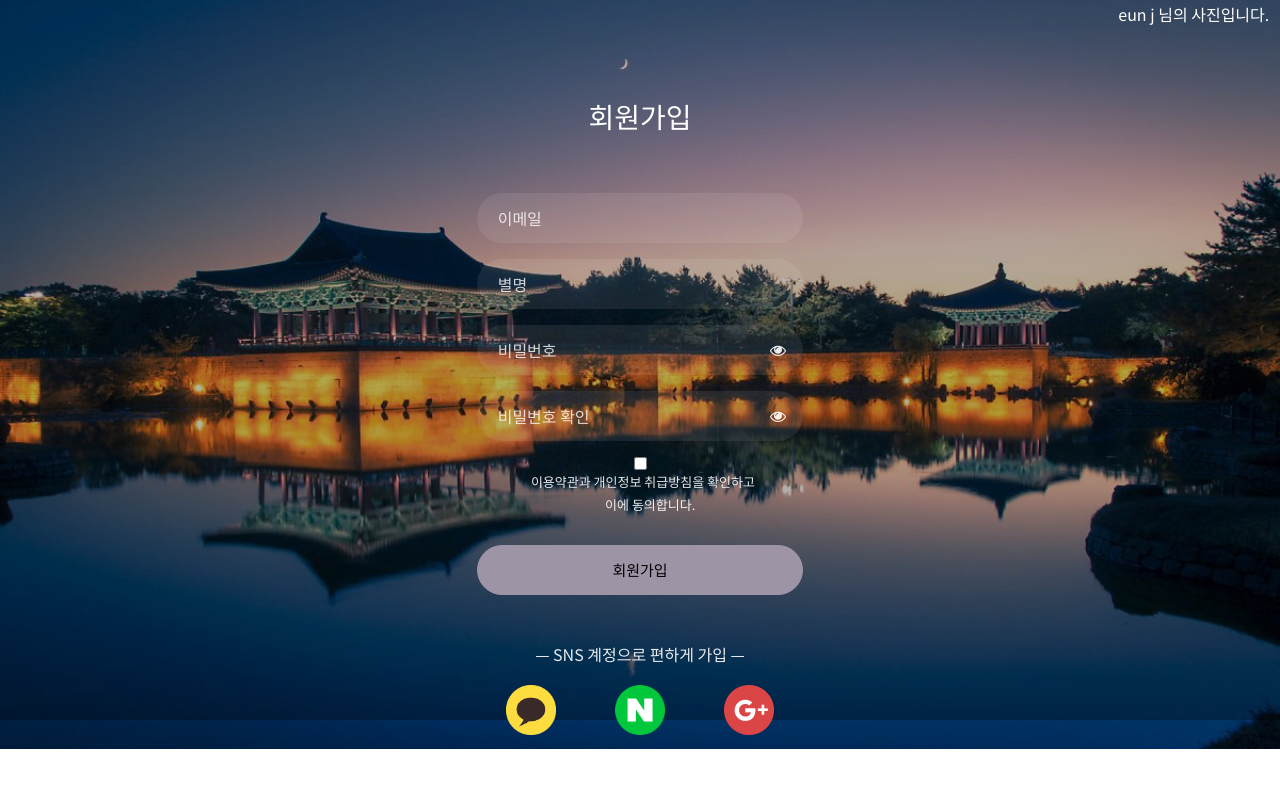
Repository: jangseohyun/LEGGO_2021
Page: http://localhost/PrjApp/Signin.jsp
An editor plug-in stored every save of this project. The page is shown before and after the next save, followed by the edit.
The browser window is 1280 px wide. The pictures show the whole page.
The page is served by Tomcat 9.

Above is the page before, as saved 2021-06-28 11:46:12.

After the next save:
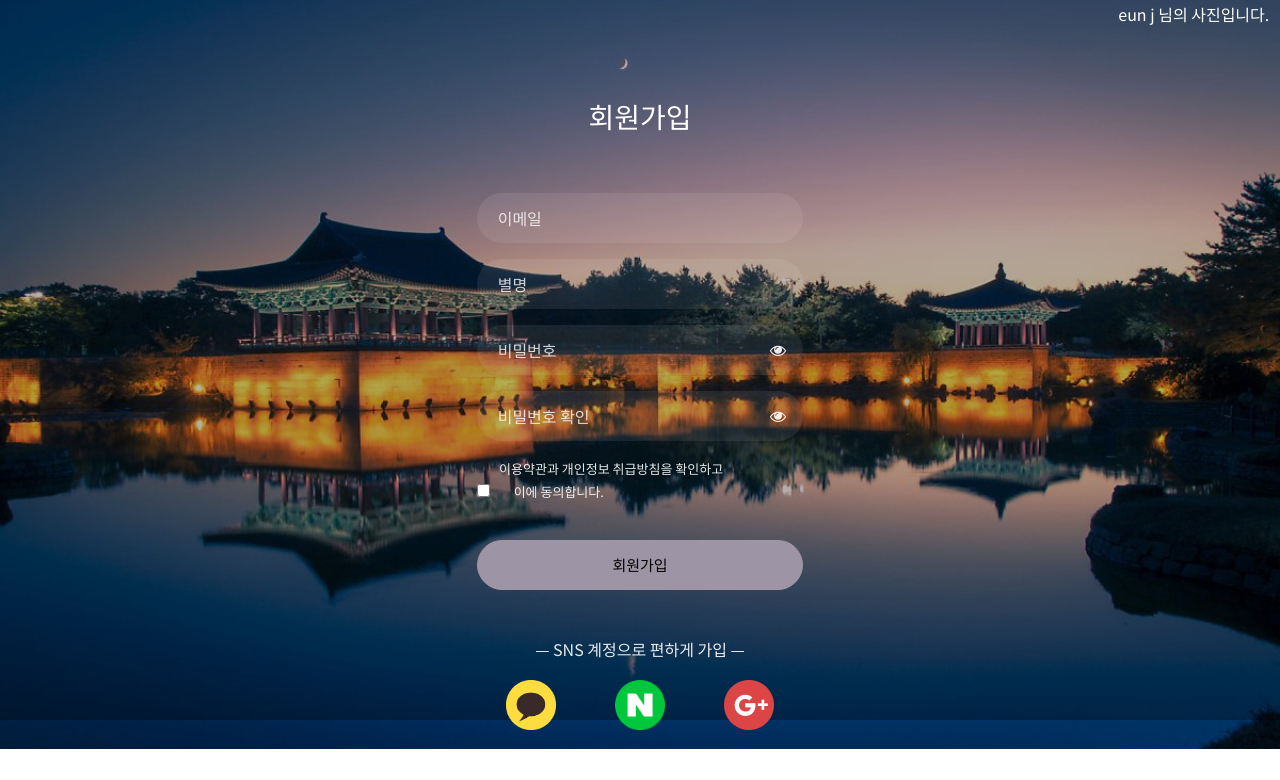
Saved 30 s later.
--- a/PrjApp/WebContent/Signin.jsp
+++ b/PrjApp/WebContent/Signin.jsp
@@ -69,8 +69,8 @@ body
 									class="fa fa-fw fa-eye field-icon toggle-password"></span>
 							</div>
 							<div>
-								 <input type="checkbox" id="agreecheck" style="width: 13px; height: 13px; text-align: center; display: block; margin: 0 auto;" value="agreed">
-								 <label for="agreecheck" style="font-size: 13px; text-align:center; display:block; margin: 0 auto; font-family: 'Noto Sans KR', sans-serif;">&nbsp;&nbsp;이용약관과 개인정보 취급방침을 확인하고<br>&nbsp;&nbsp;&nbsp;&nbsp;&nbsp;&nbsp;&nbsp;이에 동의합니다.</label>
+								 <input type="checkbox" id="agreecheck" style="width: 13px; height: 13px;" value="agreed">
+								 <label for="agreecheck" style="font-size: 13px;">&nbsp;&nbsp;이용약관과 개인정보 취급방침을 확인하고<br>&nbsp;&nbsp;&nbsp;&nbsp;&nbsp;&nbsp;&nbsp;이에 동의합니다.</label>
 							</div>
 							<div class="form-group">
 								<br>
